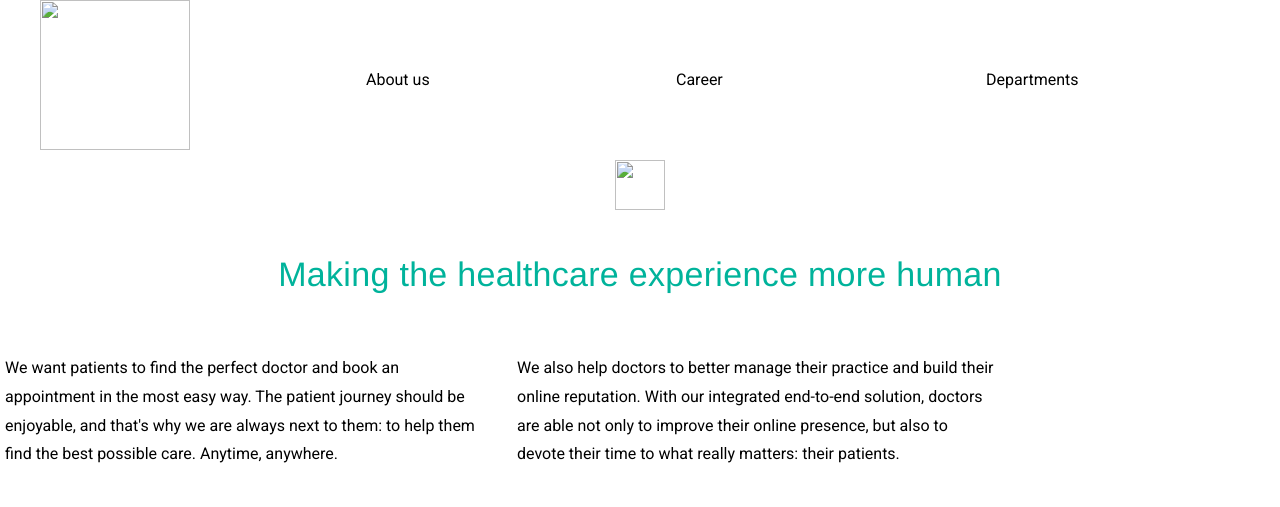
Repository: Hassanine-jaouadi/docplanner
Page: doc-panner.html
The author's editor kept a copy of each file at every save. The page is drawn from the files as they stood at one save, then again after the next save.
The browser window is 1280 px wide. The pictures show the whole page.
Some web libraries are served in a nearby version.

Above is the page before, as saved 2020-01-17 10:24:02.

### doc-panner.html
<!DOCTYPE html>
<html lang="en">
<!--  the head -->

<head>
    <title> Docplanner Group </title>
    <meta charset="UTF-8">
    <meta name="viewport" content="width=device-width, initial-scale=1.0">
    <link rel="stylesheet" href="style.css">
    <link rel="icon" href="file:///Users/hjaouadi/Documents/Wistia/Doc-planner/it.docplanner-w130.png" type="image/gif"
        sizes="16x16">

    <script src="https://kit.fontawesome.com/7e294a499a.js" crossorigin="anonymous"></script>
    <link href="https://fonts.googleapis.com/css?family=Roboto&display=swap" rel="stylesheet">

</head>

<!--  the body -->

<body>
    <nav class=" flex-container">
        <ul class="flex-container">
            <li> <img src="file:///Users/hjaouadi/Documents/Wistia/Doc-planner/logo-default-group-en.svg"
                    class="docplanner-nav-logo" width="150" height="150" /></li>
            <li> <a href="https://www.docplanner.com/about-us" class="flex-item"> About us</a> </li>
            <li> <a href="https://www.docplanner.com/career" class="flex-item">Career</a> </li>
            <li> <a href="https://www.docplanner.com/departments" class="flex-item">Departments</a> </li>
        </ul>
    </nav>

    <div class="logo-under-nav"><img src="file:///Users/hjaouadi/Documents/Wistia/Doc-planner/it.docplanner-w130.png"
            width="50" height="50" />
    </div>

    <h1 class="main-h1"> Making the healthcare experience more human </h1>

    <!--  first two paragraphs -->
    <div class="first-two-paragraphs">
        <p class="paragraph-1">
            We want patients to find the perfect doctor and book an appointment in the most easy way. The patient
            journey should be enjoyable, and that's why we are always next to them: to help them find the best possible
            care. Anytime, anywhere.
        </p>

        <p class="paragraph-1">
            We also help doctors to better manage their practice and build their online reputation. With our integrated
            end-to-end solution, doctors are able not only to improve their online presence, but also to devote their
            time to what really matters: their patients.
        </p>

    </div>
</body>

</html>

### style.css
html,body
{
    width: 100%;
    height: 100%;
    margin: 0px;
    padding: 0px;
    overflow-x: hidden;
}

* {
    box-sizing: border-box;
    margin: 0;
    font-family: 'Roboto', sans-serif;
    background-color: ffff;
    line-height: 1.8 ;

}

/* nav bar flex container */
.flex-container{
    display: flex;
    justify-content: space-between;
    align-items: center;
    justify-content: end;
    justify-content: right;
    width: 100%;
}

.flex-item {
    flex: 1;
    justify-content: flex-end;
   justify-items: flex-end;
}


.flex-container  a {
    color: black;
    padding: 12px 16px;
    text-decoration: none ;
    display: block;

  }

  li {
      list-style: none;
      flex: 3;
 }

  .flex-container > :nth-child(1) {
    display: ri;
  }

 /* image under nav */

 .logo-under-nav {
     display: flex;
     justify-content: center;
 }

 div.logo-under-nav{
     width:100%;
 }

 /* the main h1 */
 h1  {
    display: flex;
    align-items: center;
    justify-content: center;
    margin: 1em 0;
    font-family: Helvetica Neue,Helvetica,Arial,sans-serif;
    font-weight: 300;
    letter-spacing: .3px;
    font-size: 2.125rem;
    color: #00b39b;
 }

 /* first two paragraphs  */
.first-two-paragraphs{
    display: flex;
    justify-content: center;
    justify-content: space-between;
    width:80%;

    margin-top: 0px;
    margin-right: -10px;
    margin-bottom: 0px;
    margin-left: -10px;

}

.paragraph-1{
    width: 50%;
    text-align: left;
    margin: 15px;
}
.paragraph-2{
    width: 50%;
    text-align: left;
    margin: 15px;
}

After the next save:
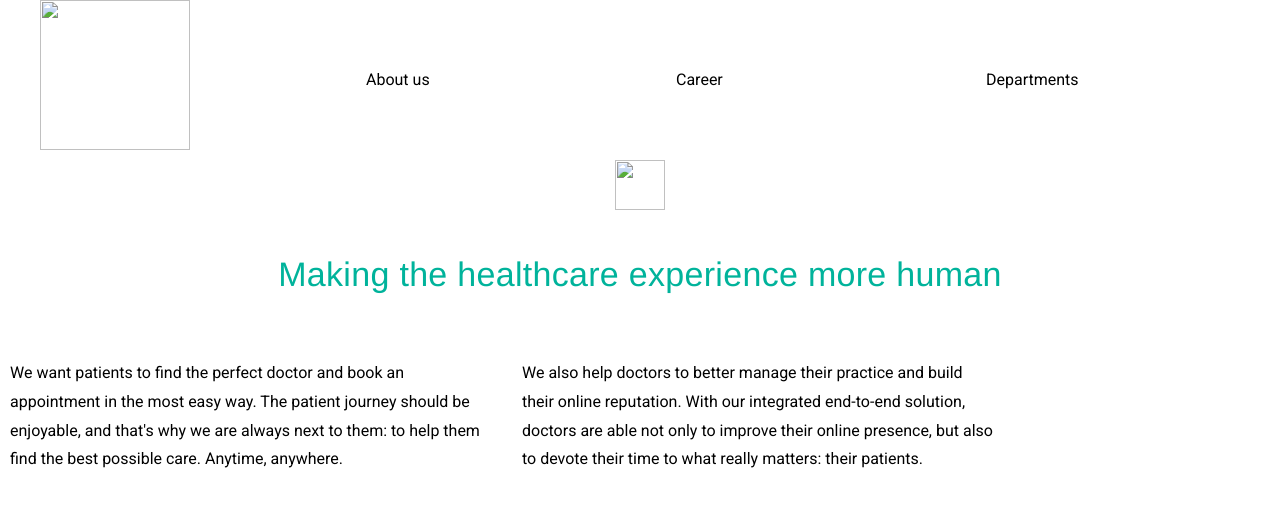
Saved 20 s later.
--- a/style.css
+++ b/style.css
@@ -91,10 +91,10 @@ html,body
 .paragraph-1{
     width: 50%;
     text-align: left;
-    margin: 15px;
+    margin: 20px;
 }
 .paragraph-2{
     width: 50%;
     text-align: left;
-    margin: 15px;
+    margin: 20px;
 }
